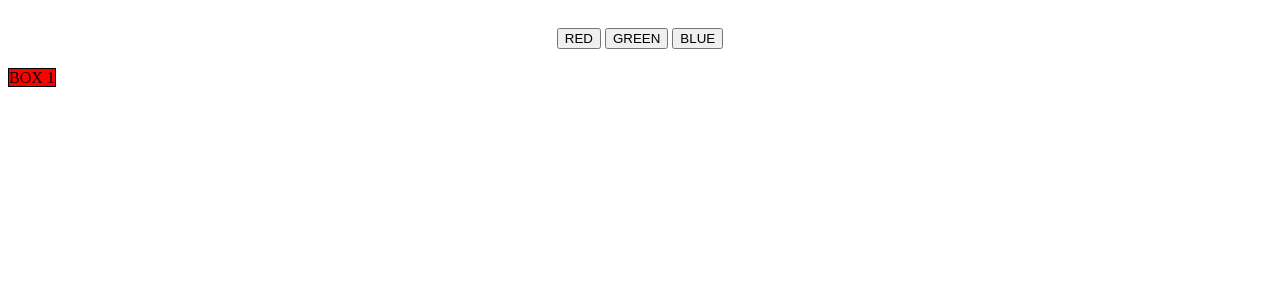
Repository: shinsil0601/webstudy
Page: 03_JavaScript/src/main/webapp/day02/ex15_event.html
An editor plug-in stored every save of this project. The page is shown before and after the next save, followed by the edit.
The browser window is 1280 px wide. The pictures show the whole page.
After loading, the first visible `button` was clicked once.

Above is the page before, as saved 2023-06-28 07:01:53.

### 03_JavaScript/src/main/webapp/day02/ex15_event.html
<!DOCTYPE html>
<html>
<head>
<meta charset="UTF-8">
<title>Insert title here</title>
<style type="text/css">
	.box{
		border: 1px solid black;
		width: 200px;
		height: 200px;
		margin: auto;
		display: none;
	}
</style>
<script type="text/javascript">
	function setRed() {
		document.getElementById("box1").style.display = "inline";
	}
	function setGreen() {

	}
	function setBlue() {

	}
</script>
</head>
<body>
	<div style="text-align:center; margin: auto; padding: 20px;">
		<button onclick="setRed()">RED</button>
		<button onclick="setGreen()">GREEN</button>
		<button onclick="setBlue()">BLUE</button>
	</div>
	<div class="box" id="box1" style="background-color: red">BOX 1</div>
	<div class="box" id="box2" style="background-color: green">BOX 2</div>
	<div class="box" id="box3" style="background-color: blue">BOX 3</div>
</body>
</html>

After the next save:
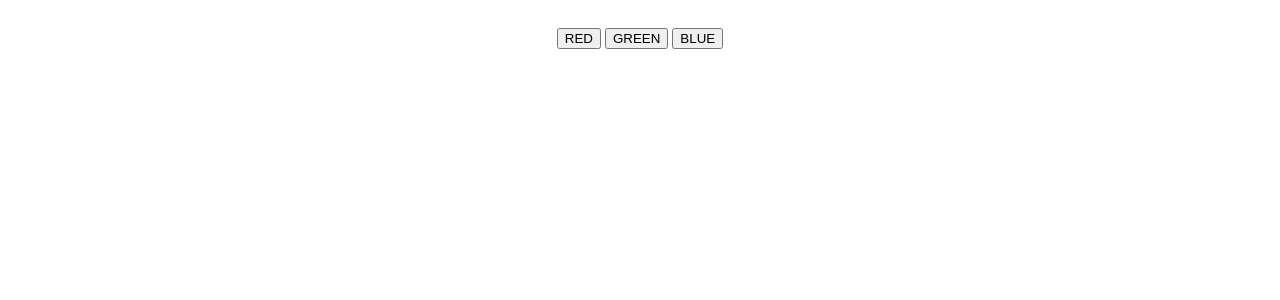
Saved 19 s later.
--- a/03_JavaScript/src/main/webapp/day02/ex15_event.html
+++ b/03_JavaScript/src/main/webapp/day02/ex15_event.html
@@ -14,7 +14,7 @@
 </style>
 <script type="text/javascript">
 	function setRed() {
-		document.getElementById("box1").style.display = "inline";
+		document.getElementById("box1").style.display;
 	}
 	function setGreen() {
 
